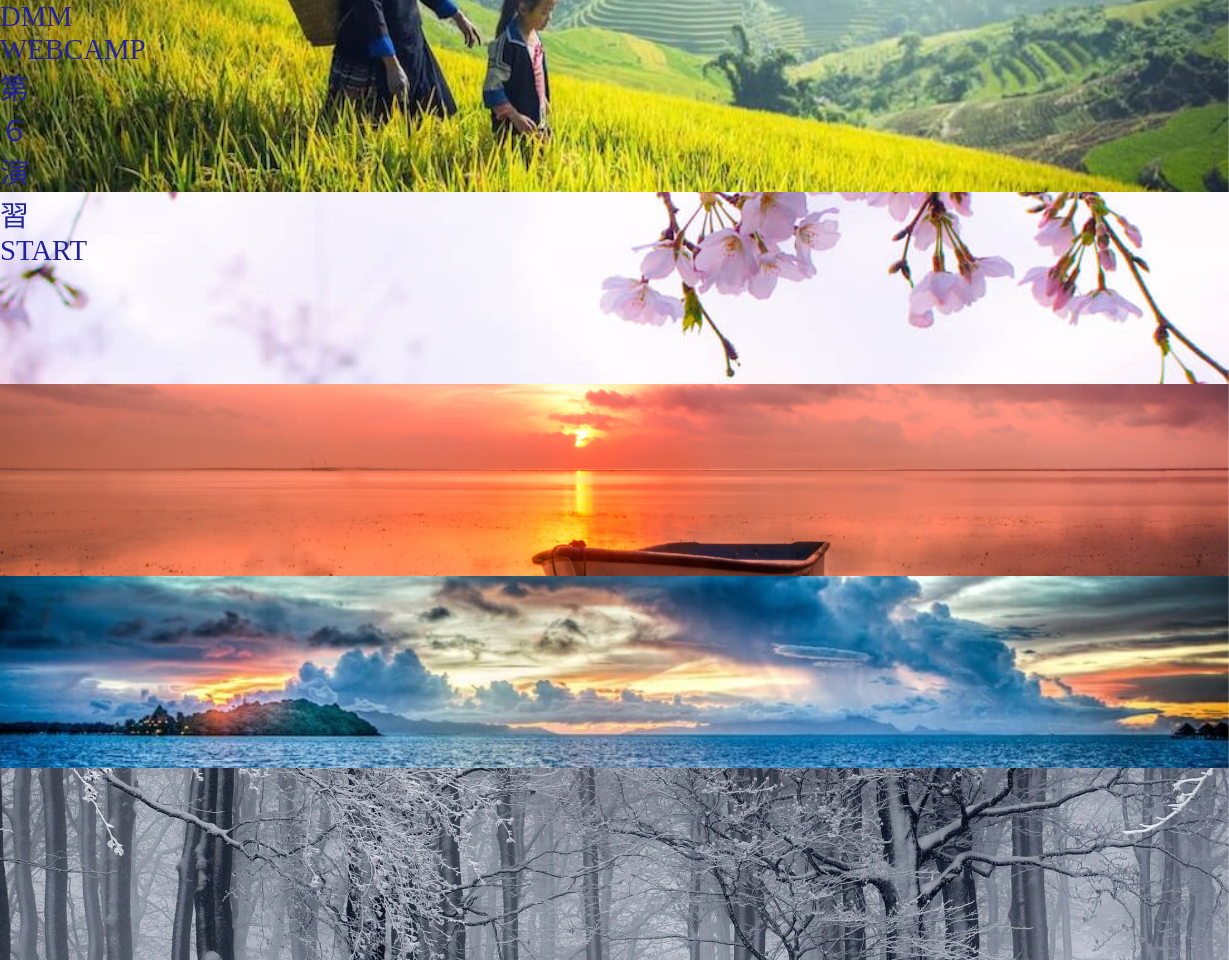
Repository: daisuketoyota/dmmwebxamp-toyota
Page: infratop/index.html
The author's editor kept a record of every edit. The page is drawn from the files as they stood at one moment, then again after the next edit.
The browser window is 1280 px wide. The pictures show the whole page, at 96% of full size.

Above is the page before.

After the next edit:
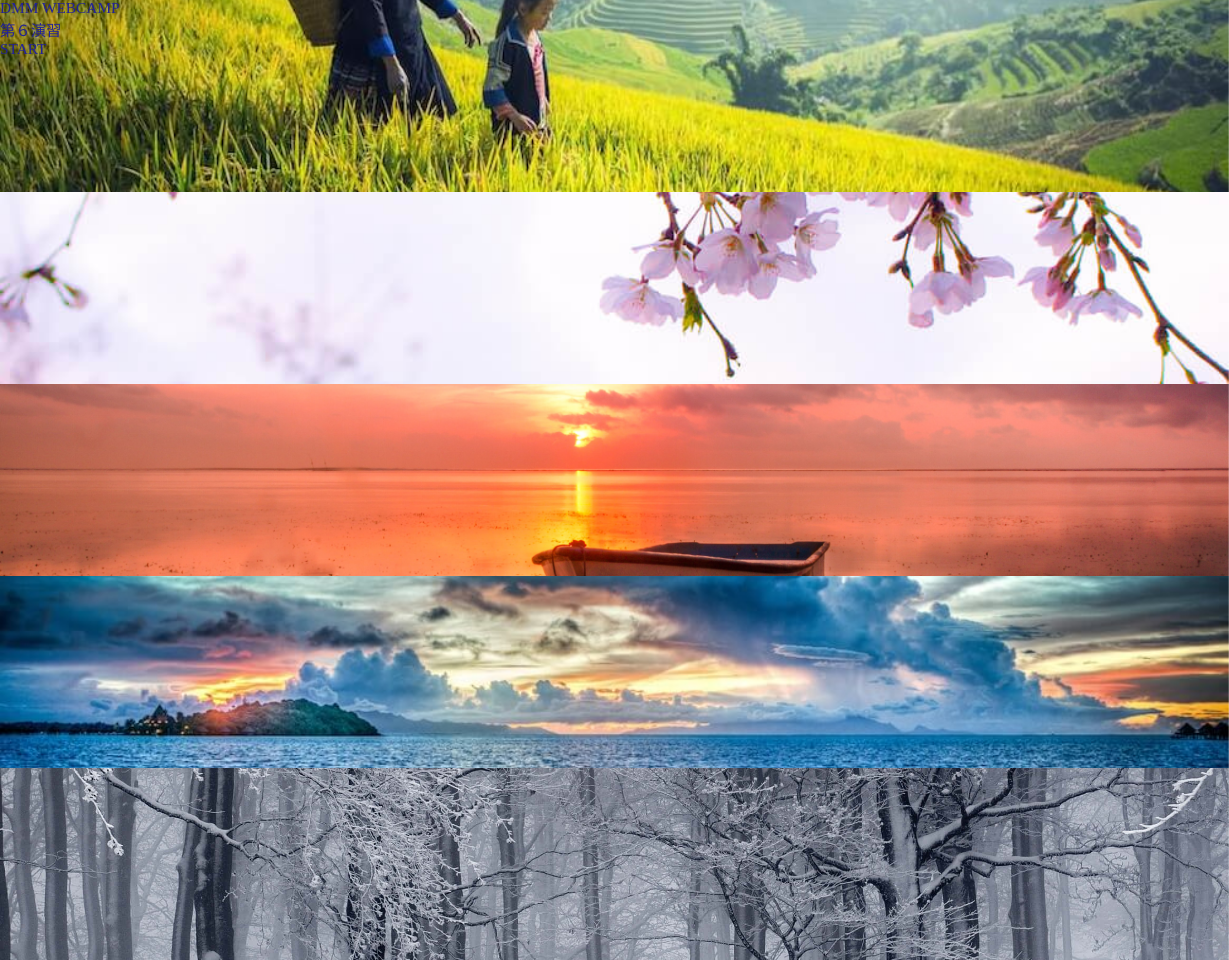
The edit:
--- a/infratop/style.css
+++ b/infratop/style.css
@@ -13,10 +13,9 @@
 }
 
 .dmmtext{
-    height: 150px;
-    width: 50px;
-    font-size: 30px;
     color: #229;
+    text-align: left; /* 文字を中央揃えにする */
+  　padding-top: 200px; /* 上側の内側余白で垂直方向の位置を調整 */
 }
 
 .asia{
